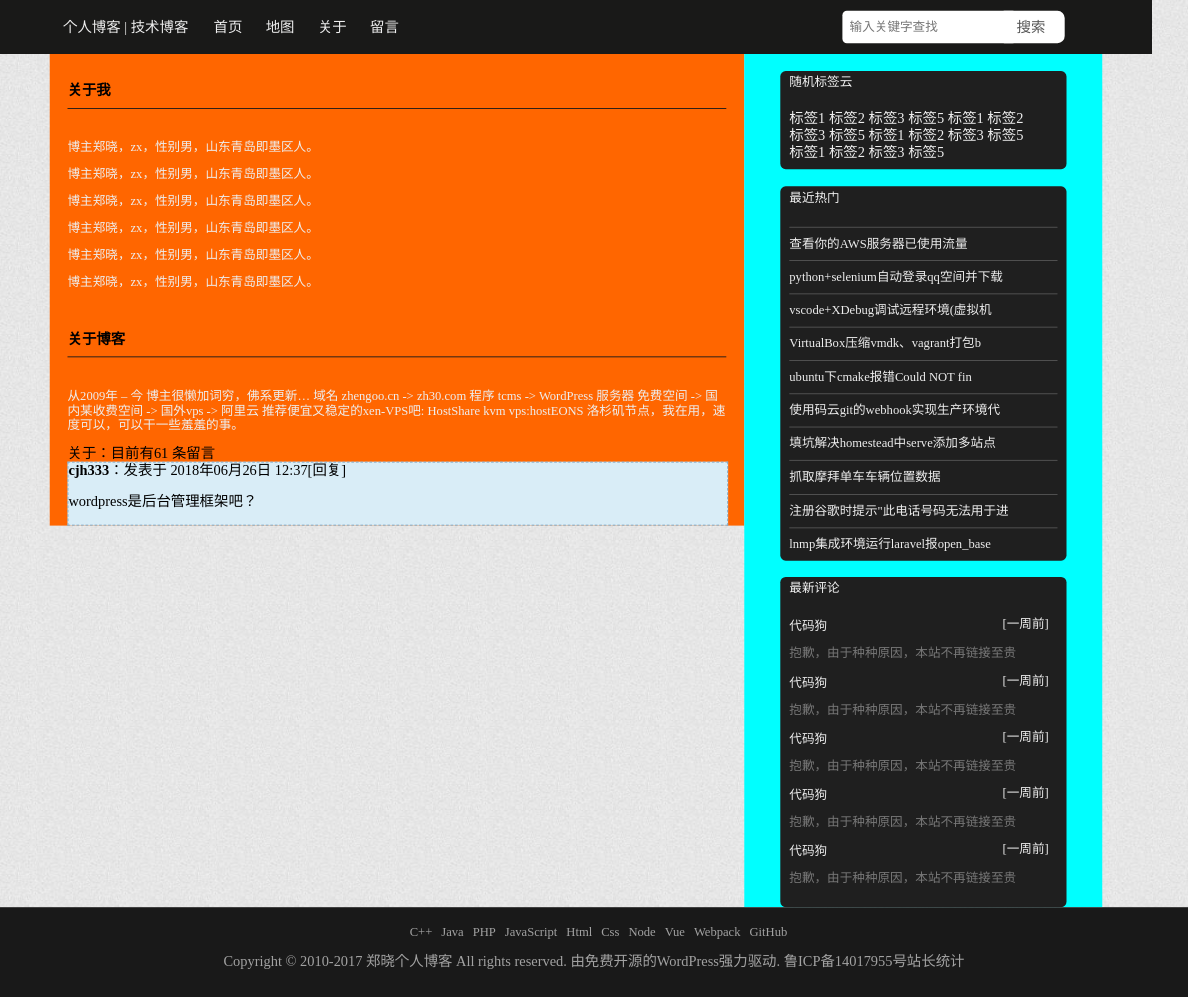
Repository: li1214/my_blog
Page: page/about.html
These files come from the project's save history. The page is drawn as it stood at one moment and after the next save; the edit follows.
The browser window is 1280 px wide. The page is 1320 px wide, so the pictures cover 1320 px, including what lies to the right of the window. The pictures show the whole page, at 90% of full size.

Above is the page before, as saved 2019-01-04 14:22:55.

### page/about.html
<!DOCTYPE html>
<html lang="en">

<head>
    <meta charset="UTF-8" />
    <meta name="viewport" content="width=device-width, initial-scale=1.0" />
    <meta http-equiv="X-UA-Compatible" content="ie=edge" />
    <title>个人博客</title>
    <link href="./css/base.css" rel="stylesheet" type="text/css" />
    <link href="./css/about.css" rel="stylesheet" type="text/css" />
</head>

<body>
    <header>
        <div class="container">
            <a>个人博客 | 技术博客</a>
            <ul>
                <li><a href="">首页</a></li>
                <li><a href="">地图</a></li>
                <li><a href="">关于</a></li>
                <li><a href="">留言</a></li>
            </ul>
            <div class="search">
                <input type="text" placeholder="输入关键字查找" />
                <button>搜索</button>
            </div>
        </div>
    </header>
    <div class="content">
        <div class="content-left">
            <div class='about'>
                <div class='about-me'>
                    <h4>关于我</h4>
                    <p>博主郑晓，zx，性别男，山东青岛即墨区人。</p>
                    <p>博主郑晓，zx，性别男，山东青岛即墨区人。</p>
                    <p>博主郑晓，zx，性别男，山东青岛即墨区人。</p>
                    <p>博主郑晓，zx，性别男，山东青岛即墨区人。</p>
                    <p>博主郑晓，zx，性别男，山东青岛即墨区人。</p>
                    <p>博主郑晓，zx，性别男，山东青岛即墨区人。</p>
                </div>
                <div class='about-blog'>
                    <h4>关于博客</h4>
                    <p>从2009年 – 今
                    博主很懒加词穷，佛系更新…
                    域名 zhengoo.cn -> zh30.com
                    程序 tcms -> WordPress
                    服务器 免费空间 -> 国内某收费空间 -> 国外vps -> 阿里云

                    推荐便宜又稳定的xen-VPS吧: HostShare
                    kvm vps:hostEONS 洛杉矶节点，我在用，速度可以，可以干一些羞羞的事。</p>
                </div>
            </div>
            <div class='liuyan'>
                <span>关于：目前有61 条留言</span>
                <div class='liuyan-item'>
                    <span><b>cjh333</b>：发表于 2018年06月26日 12:37[回复]</span>
                    <p>wordpress是后台管理框架吧？</p>
                </div>
            </div>
            <div>
                <form action="">

                </form>
            </div>
        </div>
        <div class="content-right">
            <div class="right-box">
                <h4>随机标签云</h4>
                <div class="contents">
                    <a>标签1</a> <a>标签2</a> <a>标签3</a> <a>标签5</a> <a>标签1</a>
                    <a>标签2</a> <a>标签3</a> <a>标签5</a> <a>标签1</a> <a>标签2</a>
                    <a>标签3</a> <a>标签5</a> <a>标签1</a> <a>标签2</a> <a>标签3</a>
                    <a>标签5</a>
                </div>
            </div>
            <div class="right-box" style="padding-bottom: 0;">
                <h4>最近热门</h4>
                <div class="contents">
                    <ul class="list-group">
                        <li class="list-group-item">
                            <a href="https://www.zh30.com/aws-ec2-cloudwatch.html">查看你的AWS服务器已使用流量</a>
                        </li>
                        <li class="list-group-item">
                            <a href="https://www.zh30.com/python-selenium-qqzone-album.html">python+selenium自动登录qq空间并下载</a>
                        </li>
                        <li class="list-group-item">
                            <a href="https://www.zh30.com/vscode-xdebug-remote-vagrant-php.html">vscode+XDebug调试远程环境(虚拟机</a>
                        </li>
                        <li class="list-group-item">
                            <a href="https://www.zh30.com/virtualbox-vmdk-vagrant-box.html">VirtualBox压缩vmdk、vagrant打包b</a>
                        </li>
                        <li class="list-group-item">
                            <a href="https://www.zh30.com/ubuntu-cmake-could-not-find-boost.html">ubuntu下cmake报错Could
                                NOT fin</a>
                        </li>
                        <li class="list-group-item">
                            <a href="https://www.zh30.com/webhook-git-pull.html">使用码云git的webhook实现生产环境代</a>
                        </li>
                        <li class="list-group-item">
                            <a href="https://www.zh30.com/homestead-serve-add-sites.html">填坑解决homestead中serve添加多站点</a>
                        </li>
                        <li class="list-group-item">
                            <a href="https://www.zh30.com/crawl-mobike-location.html">抓取摩拜单车车辆位置数据</a>
                        </li>
                        <li class="list-group-item">
                            <a href="https://www.zh30.com/google-register-phone-verification.html">注册谷歌时提示"此电话号码无法用于进</a>
                        </li>
                        <li class="list-group-item">
                            <a href="https://www.zh30.com/lnmp-laravel-open_basedir.html">lnmp集成环境运行laravel报open_base</a>
                        </li>
                    </ul>
                </div>
            </div>
            <div class="right-box">
                <h4>最新评论</h4>
                <div class="contents">
                    <div class='item'>
                        <div class='item-title'>
                            <span>代码狗</span>
                            <span class='spanr'>[一周前]</span>
                        </div>
                        <p class='item-comtebt'>
                            抱歉，由于种种原因，本站不再链接至贵
                        </p>
                    </div>
                    <div class='item'>
                        <div class='item-title'>
                            <span>代码狗</span>
                            <span class='spanr'>[一周前]</span>
                        </div>
                        <p class='item-comtebt'>
                            抱歉，由于种种原因，本站不再链接至贵
                        </p>
                    </div>
                    <div class='item'>
                        <div class='item-title'>
                            <span>代码狗</span>
                            <span class='spanr'>[一周前]</span>
                        </div>
                        <p class='item-comtebt'>
                            抱歉，由于种种原因，本站不再链接至贵
                        </p>
                    </div>
                    <div class='item'>
                        <div class='item-title'>
                            <span>代码狗</span>
                            <span class='spanr'>[一周前]</span>
                        </div>
                        <p class='item-comtebt'>
                            抱歉，由于种种原因，本站不再链接至贵
                        </p>
                    </div>
                    <div class='item'>
                        <div class='item-title'>
                            <span>代码狗</span>
                            <span class='spanr'>[一周前]</span>
                        </div>
                        <p class='item-comtebt'>
                            抱歉，由于种种原因，本站不再链接至贵
                        </p>
                    </div>
                </div>
            </div>
        </div>
    </div>
    <footer>
        <ul>
            <li>C++</li>
            <li>Java</li>
            <li>PHP</li>
            <li>JavaScript</li>
            <li>Html</li>
            <li>Css</li>
            <li>Node</li>
            <li>Vue</li>
            <li>Webpack</li>
            <li>GitHub</li>
        </ul>
        <p>Copyright © 2010-2017 郑晓个人博客 All rights reserved. 由免费开源的WordPress强力驱动. 鲁ICP备14017955号站长统计</p>
    </footer>
</body>

</html>

### page/css/base.css
html {line-height: 1.15; /* 1 */-webkit-text-size-adjust: 100%; /* 2 */}
body {margin: 0;}
@font-face{
    font-family: 'myicon';
    src: url('../font/glyphicons-halflings-regular.woff2')
}
ul{padding: 0}
main {
  display: block;
}
h1 {
  font-size: 2em;
  margin: 0.67em 0;
}
hr {
  box-sizing: content-box; /* 1 */
  height: 0; /* 1 */
  overflow: visible; /* 2 */
}
pre {
  font-family: monospace, monospace; /* 1 */
  font-size: 1em; /* 2 */
}
a {
  background-color: transparent;
}
abbr[title] {
  border-bottom: none; /* 1 */
  text-decoration: underline; /* 2 */
  text-decoration: underline dotted; /* 2 */
}
b,
strong {
  font-weight: bolder;
}
code,
kbd,
samp {
  font-family: monospace, monospace; /* 1 */
  font-size: 1em; /* 2 */
}
small {
  font-size: 80%;
}
sub,
sup {
  font-size: 75%;
  line-height: 0;
  position: relative;
  vertical-align: baseline;
}
sub {
  bottom: -0.25em;
}
sup {
  top: -0.5em;
}
img {
  border-style: none;
}
button,
input,
optgroup,
select,
textarea {
  font-family: inherit; /* 1 */
  font-size: 100%; /* 1 */
  line-height: 1.15; /* 1 */
  margin: 0; /* 2 */
}
button,
input { /* 1 */
  overflow: visible;
}
button,
select { /* 1 */
  text-transform: none;
}
button,
[type="button"],
[type="reset"],
[type="submit"] {
  -webkit-appearance: button;
}
button::-moz-focus-inner,
[type="button"]::-moz-focus-inner,
[type="reset"]::-moz-focus-inner,
[type="submit"]::-moz-focus-inner {
  border-style: none;
  padding: 0;
}
button:-moz-focusring,
[type="button"]:-moz-focusring,
[type="reset"]:-moz-focusring,
[type="submit"]:-moz-focusring {
  outline: 1px dotted ButtonText;
}
fieldset {
  padding: 0.35em 0.75em 0.625em;
}
legend {
  box-sizing: border-box; /* 1 */
  color: inherit; /* 2 */
  display: table; /* 1 */
  max-width: 100%; /* 1 */
  padding: 0; /* 3 */
  white-space: normal; /* 1 */
}
progress {
  vertical-align: baseline;
}
textarea {
  overflow: auto;
}

[type="checkbox"],
[type="radio"] {
  box-sizing: border-box; /* 1 */
  padding: 0; /* 2 */
}
[type="number"]::-webkit-inner-spin-button,
[type="number"]::-webkit-outer-spin-button {
  height: auto;
}

[type="search"] {
  -webkit-appearance: textfield; /* 1 */
  outline-offset: -2px; /* 2 */
}

[type="search"]::-webkit-search-decoration {
  -webkit-appearance: none;
}
::-webkit-file-upload-button {
  -webkit-appearance: button; /* 1 */
  font: inherit; /* 2 */
}
details {
  display: block;
}
summary {
  display: list-item;
}
template {
  display: none;
}
[hidden] {
  display: none;
}
a{text-decoration: none;}
/* ========================================================== css reset ========================================================== */

body {
    width: 100%;
    height: 100%;
    background-image: url(../image/bg.jpg);
    background-repeat: repeat;
    overflow-x: hidden;
}

header{
    width: 100%;
    height: 60px;
    background-color: #191918;
}
header .container {
    width:1170px;
    height: 100%;
    margin: 0 auto;
}
header .container>a{
    display: block;
    float: left;
    color: #eee;
    line-height: 60px;
    margin: 0 15px;
    font-size: 16px;
}
header .container>ul{
    float: left;
    margin: 0;
    padding: 0;
}
header .container>ul>li{
    display: inline-block;
    float: left;
}
header .container>ul>li a{
    color: #eee;
    display: inline-block;
    height: 60px;
    width: 58px;
    line-height: 60px;
    text-align: center;
}
header .container .search{
    float: right;
    height: 100%;
    position: relative;
    right: 117px;
}
header .container .search>input{
    display: inline-block;
    position: absolute;
    height: 26px;
    padding: 5px 8px;
    border-radius: 5px;
    border:none;
    outline: none;
    font-size: 14px;
    margin-top: 12px;
    left: -172px;
}
header .container .search > button{
    outline: none;
    display: inline-block;
    position: absolute;
    width: 75px;
    height: 36px;
    padding: 5px 10px;
    border-radius: 8px;
    margin-top: 12px;
    cursor: pointer;
    color: #555;
    background-color: white;
    border: none;
}
/* ============================================================== header end ===================================================================== */
.content {
    width: 1170px;
    margin: 0 auto;
    position: relative;
    overflow: hidden;
}
.content .content-left{
    float: left;
    width: 66%;
    box-sizing: border-box;
    padding: 0 20px;
    background: #f60;
}
.content .content-right{
    float: right;
    width: 34%;
    box-sizing: border-box;
    background-color: aqua;
}
.right-box{
    background-color: #1f1f1f;
    margin-top: 20px;
    width: 80%;
    margin: 0 auto;
    box-sizing: border-box;
    border-radius: 6px;
    padding-bottom: 10px;
}
.right-box>h4 {
    color: #f4f4f4;
    font-weight: normal;
    padding: 5px 10px;
    font-size: 14px;
}
.right-box .contents{
    color: #eee;
    padding: 0 10px 0px 10px;
}
/* .right-box .contents a::after{
    display: block;
    content: '';
    overflow: hidden;
    clear: both;
    position: absolute;
} */
.right-box .contents>a{
    display: inline-block;
}
.right-box .contents li{
    width: 100%;
    list-style: none;
    white-space:nowrap;
    overflow: hidden;
   text-overflow: ellipsis;
    border-top:1px solid #555;
}
.right-box .contents li a{
    font-size: 14px;
    display: inline-block;
    color: #eee;
    padding: 10px 0;
}
.right-box .item .item-title{position: relative;}
.right-box .item .item-title span{display: inline-block;font-size: 14px;font-weight: normal;}
.right-box .item .item-title span.spanr{
    position: absolute;
    right: 10px;
}
.right-box .item > p{color: #777;font-size: 14px;}


/* =====================================================================  footer start ================================================================= */

footer{
    width: 100%;
    height: 60px;
    background: #191919;
    text-align: center;
    padding: 20px;
}
footer ul{
    display: inline-block;
    margin:  0 auto;
    text-align: center;
}
footer ul li{
    display: inline-block;
    color: #a2a2a2;
    float: left;
    font-size: 14px;
    margin-left: 10px;
    cursor: pointer;
    text-align: center;
}
footer p {
    margin-top: 10px;
    color: #a2a2a2;
}

### page/css/about.css
.about-me > h4,.about-blog > h4{
    display: inline-block;
    padding: 10px 0;
    width: 100%;
    border-bottom: 1px solid #191919;
}
.about-me p,.about-blog > p{
    color: #eee;
    font-size: 14px;
}
.liuyan{
    width: 100%;
    margin-top: 10px;
}
.liuyan-item{
    width: 100%;
    border:1px #7ca4c1 dashed;
    background-color: #d9edf7;
}

After the next save:
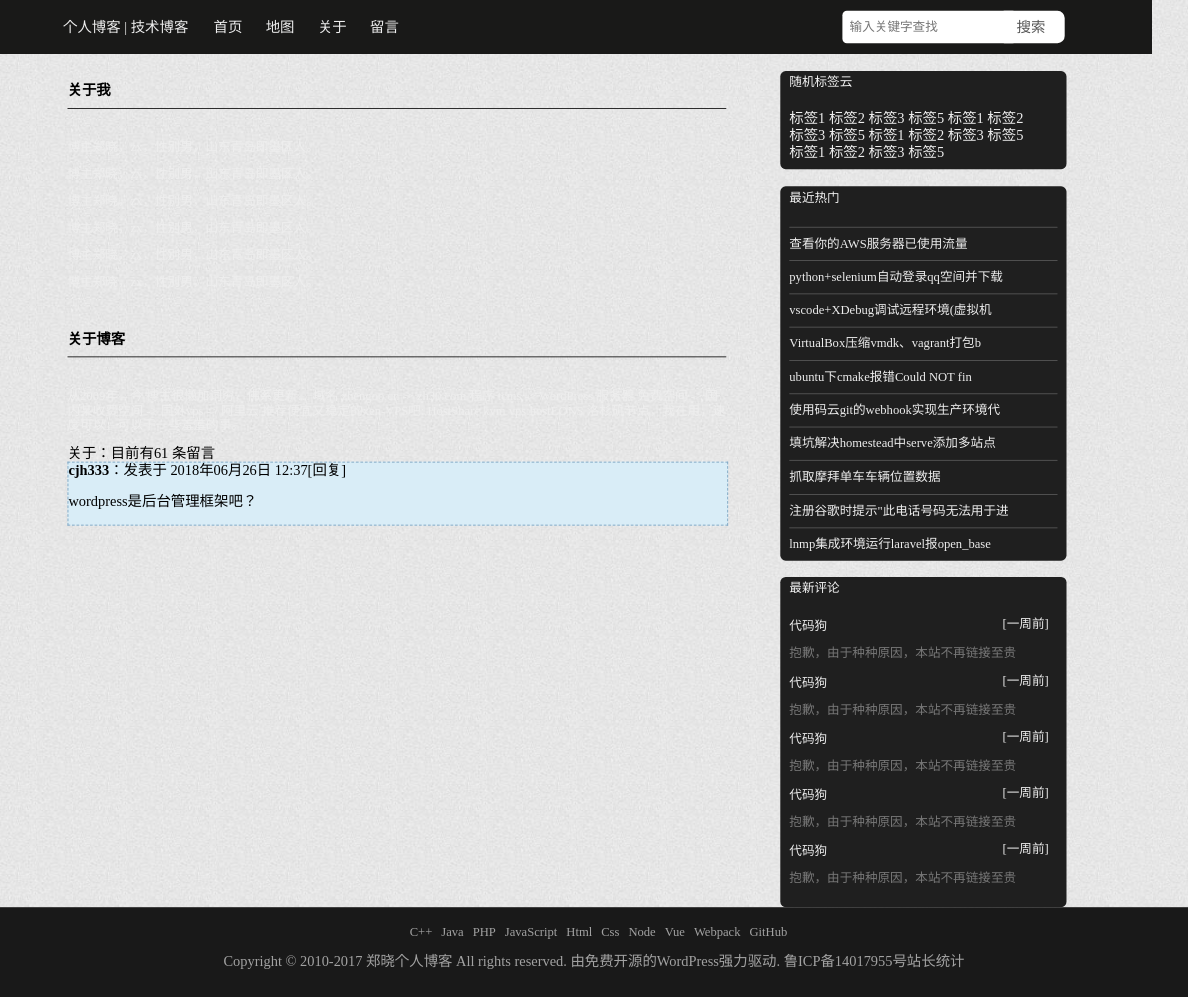
Saved 56 s later.
--- a/page/css/base.css
+++ b/page/css/base.css
@@ -237,13 +237,11 @@ header .container .search > button{
     width: 66%;
     box-sizing: border-box;
     padding: 0 20px;
-    background: #f60;
 }
 .content .content-right{
     float: right;
     width: 34%;
     box-sizing: border-box;
-    background-color: aqua;
 }
 .right-box{
     background-color: #1f1f1f;
